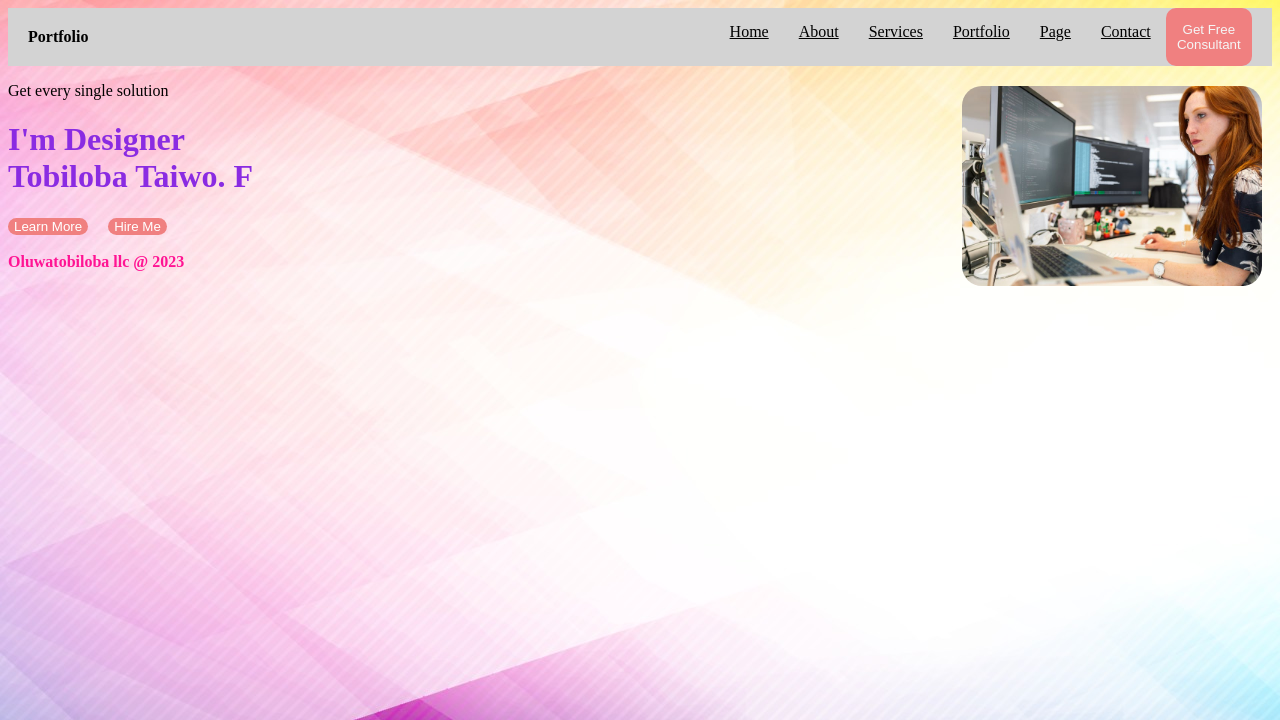
Repository: Tobby004/bdc_task_1
Page: index.html
The author's editor kept a copy of each file at every save. The page is drawn from the files as they stood at one save, then again after the next save.
The browser window is 1280 px wide. The pictures show the whole page.

Above is the page before, as saved 2023-02-19 01:02:09.

After the next save:
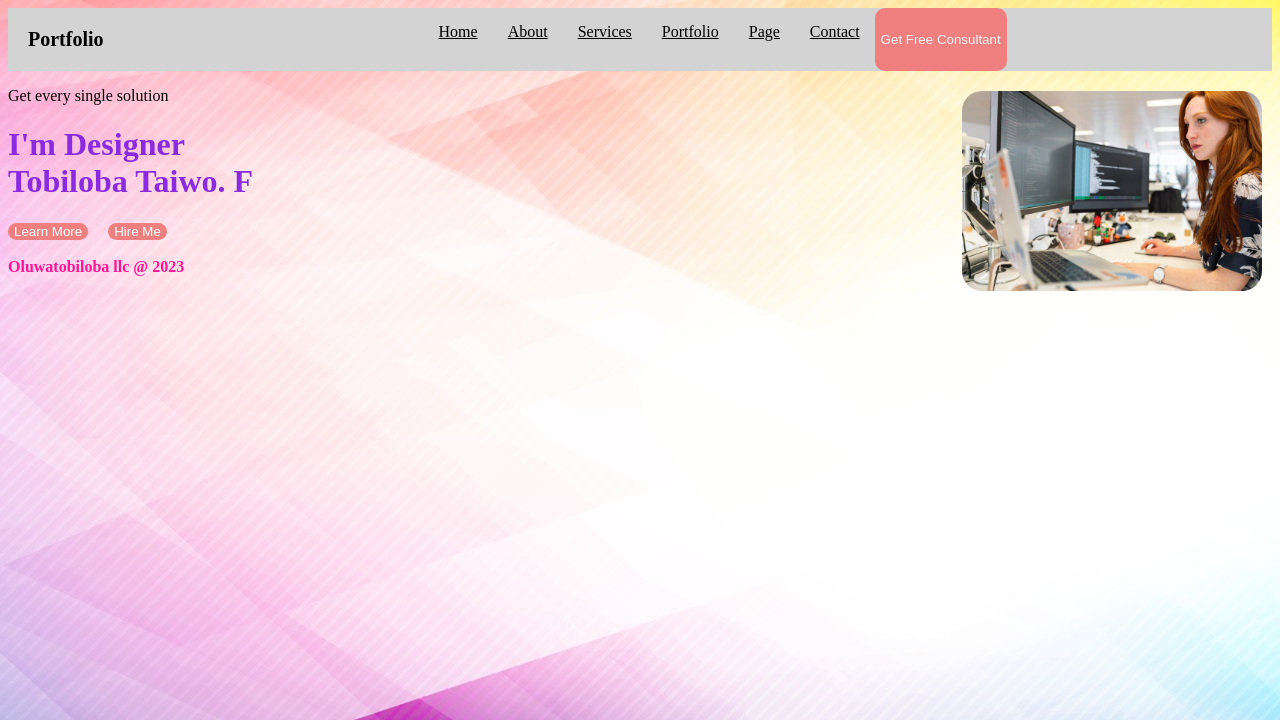
Saved 37 s later.
--- a/task.css
+++ b/task.css
@@ -10,7 +10,7 @@
     display: flex;
     padding: 20px;
     margin-right: 300px;
-    width: 50%;
+    font-size: 20px;
 
 }
 header a {
